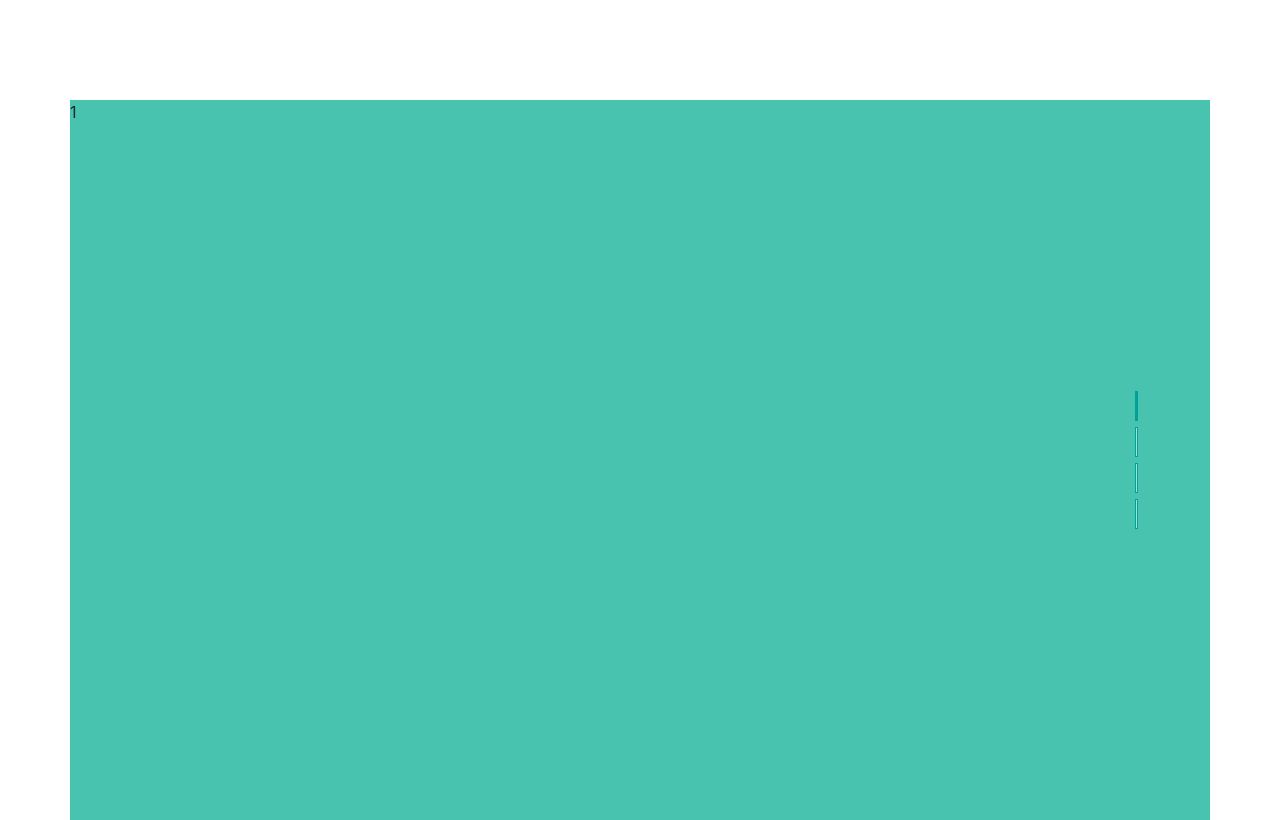
Repository: aneishkumar/AngularJS-Application
Page: AngularJs-Application-march28th/project2/WebContent/home.html
These files come from the project's save history. The page is drawn as it stood at one moment and after the next save; the edit follows.
The browser window is 1280 px wide. The pictures show the whole page.
Some web libraries are served in a nearby version.

Above is the page before, as saved 2018-03-27 22:34:07.
Console error: TypeError: Cannot read properties of undefined (reading 'fn')

### AngularJs-Application-march28th/project2/WebContent/home.html

<head>
<link href="//maxcdn.bootstrapcdn.com/bootstrap/4.0.0/css/bootstrap.min.css" rel="stylesheet" id="bootstrap-css">
<script src="//maxcdn.bootstrapcdn.com/bootstrap/4.0.0/js/bootstrap.min.js"></script>
<script src="//code.jquery.com/jquery-1.11.1.min.js"></script>
<style>
body{
    margin-top: 100px;
    width:100%;
    height:100%;
}
.carousel-inner,.carousel,.carousel-item,.container,.fill {
    height:100%;
    min-height:400px;
    width:100%;
    background-position:center center;
    background-size:cover;
}
.slide-wrapper{display:inline;}
.slide-wrapper .container{padding:0;}


/*------------------------------ vertical bootstrap slider----------------------------*/

.carousel-inner> .carousel-item.carousel-item-next ,
.carousel-inner > .carousel-item.active.carousel-item-right{
    transform: translate3d(0, 100%, 0); -webkit-transform: translate3d(0, 100%, 0); -ms-transform: translate3d(0, 100%, 0); -moz-transform: translate3d(0, 100%, 0); -o-transform: translate3d(0, 100%, 0);  top: 0;

}
.carousel-inner > .carousel-item.carousel-item-prev ,
.carousel-inner > .carousel-item.active.carousel-item-left{
    transform: translate3d(0,-100%, 0); -webkit-transform: translate3d(0,-100%, 0);  -moz-transform: translate3d(0,-100%, 0);-ms-transform: translate3d(0,-100%, 0); -o-transform: translate3d(0,-100%, 0); top: 0;

}
.carousel-inner > .carousel-item.next.carousel-item-left ,
.carousel-inner > .carousel-item.carousel-item-prev.carousel-item-right ,
.carousel-inner > .carousel-item.active{
    transform:translate3d(0,0,0); -webkit-transform:translate3d(0,0,0);-ms-transform:translate3d(0,0,0);; -moz-transform:translate3d(0,0,0); -o-transform:translate3d(0,0,0); top:0;

}

/*------------------------------- vertical carousel indicators ------------------------------*/
.carousel-indicators{
    position:absolute;
    top:0;
    bottom:0;
    margin:auto;
    height:20px;
    right:10px; left:auto;
    width:auto;
    -webkit-transform: rotate(90deg);
    -moz-transform: rotate(90deg);
    -ms-transform: rotate(90deg);
    -o-transform: rotate(90deg);
    transform: rotate(90deg);
}
.carousel-indicators li{
    display:block; margin-bottom:5px; border:1px solid #00a199;

}
.carousel-indicators li.active{
    margin-bottom:5px; background:#00a199;

}</style>
</head>
<body>
<section class="slide-wrapper">
    <div class="container">
	    <div id="myCarousel" class="carousel slide" data-ride="carousel">
            <!-- Indicators -->
            <ol class="carousel-indicators">
                <li data-target="#myCarousel" data-slide-to="0" class="active"></li>
                <li data-target="#myCarousel" data-slide-to="1"></li>
                <li data-target="#myCarousel" data-slide-to="2"></li>
                <li data-target="#myCarousel" data-slide-to="3"></li>
            </ol>

            <!-- Wrapper for slides -->
            <div class="carousel-inner">
                <div class="carousel-item active">
                    <div class="fill" style=" background-color:#48c3af;">1</div>
                </div>
                <div class="carousel-item">
                    <div class="fill" style=" background-color:#b33f4a;">2</div>
                </div>
                <div class="carousel-item">
                    <div class="fill" style=" background-color:#7fc2f4;">3</div>
                </div>
                <div class="carousel-item">
                    <div class="fill" style=" background-color:#e47794;">4</div>
                </div>
            </div>
        </div>
    </div>
</section>

After the next save:
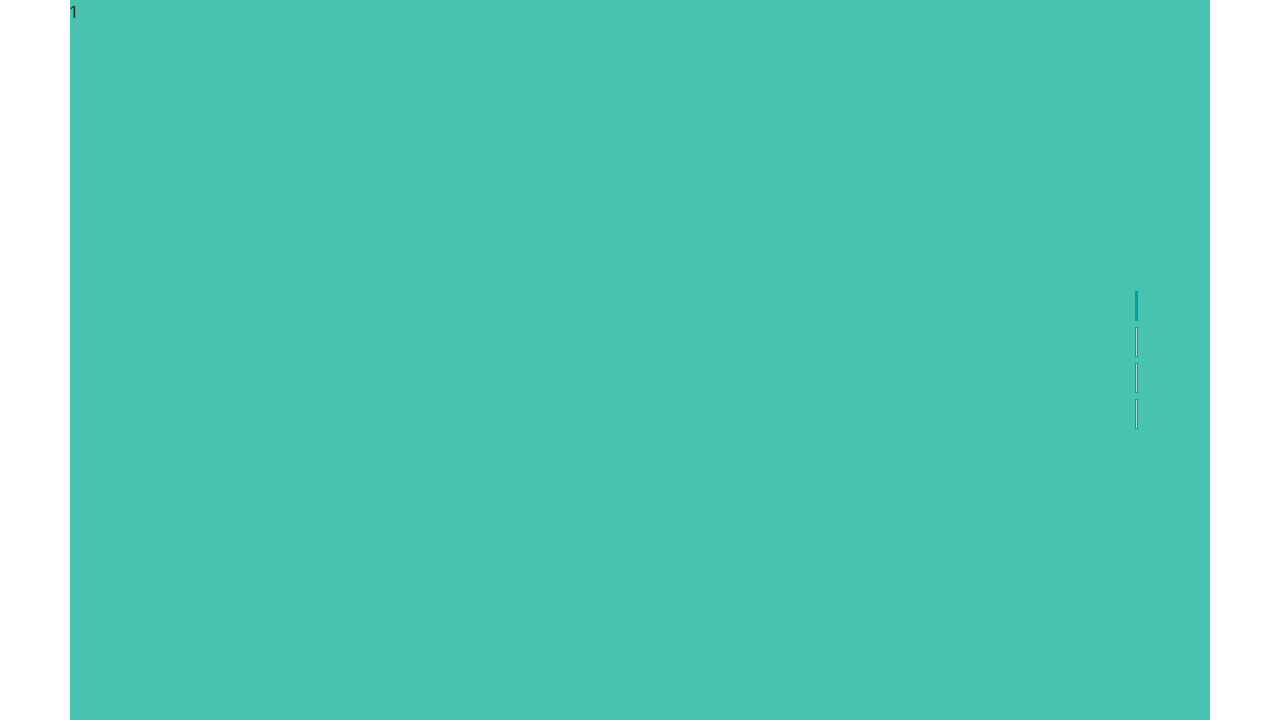
Saved 5 s later.
--- a/AngularJs-Application-march28th/project2/WebContent/home.html
+++ b/AngularJs-Application-march28th/project2/WebContent/home.html
@@ -5,9 +5,7 @@
 <script src="//code.jquery.com/jquery-1.11.1.min.js"></script>
 <style>
 body{
-    margin-top: 100px;
-    width:100%;
-    height:100%;
+
 }
 .carousel-inner,.carousel,.carousel-item,.container,.fill {
     height:100%;
